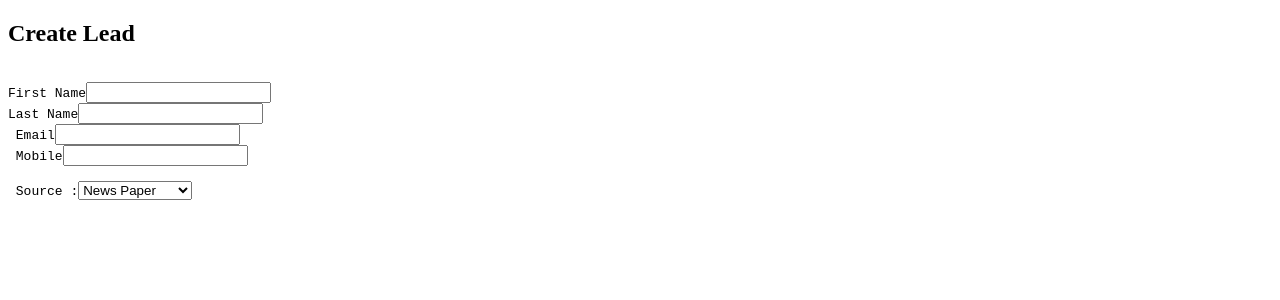
Repository: zuberahmed786/SpringBoot
Page: http://localhost/zohoCrmProject/WEB-INF/views/create_lead.jsp
The author's editor kept a copy of each file at every save. The page is drawn from the files as they stood at one save, then again after the next save.
The browser window is 1280 px wide. The pictures show the whole page.
The page is served by Tomcat 9. Nobody is signed in. The template is opened directly, without the code that normally fills it, so the values that code supplies are empty.

Above is the page before, as saved 2022-10-08 13:51:54.

After the next save:
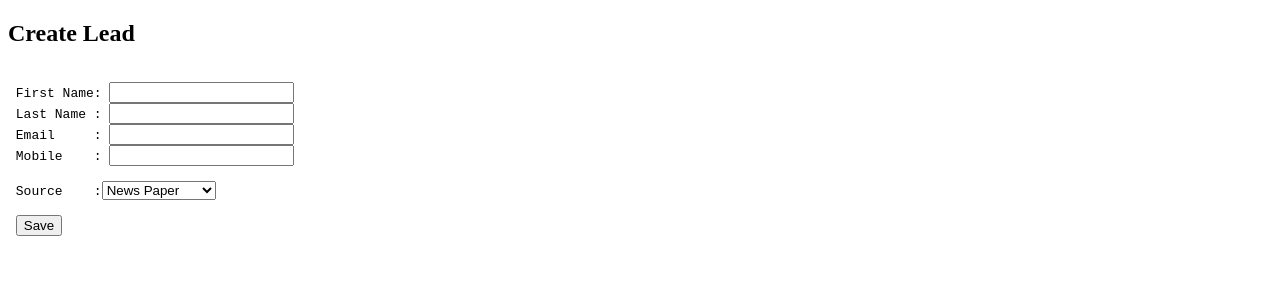
Saved 2 min 6 s later.
--- a/zohoCrmProject/src/main/webapp/WEB-INF/views/create_lead.jsp
+++ b/zohoCrmProject/src/main/webapp/WEB-INF/views/create_lead.jsp
@@ -14,18 +14,19 @@
 
 <pre>
 
-First Name<input type="text" name="firstName"/>
-Last Name<input type="text" name="lastName"/>
- Email<input type="email" name="email"/>
- Mobile<input type="number" name="mobile"/>
+ First Name: <input type="text" name="firstName"/>
+ Last Name : <input type="text" name="lastName"/>
+ Email     : <input type="email" name="email"/>
+ Mobile    : <input type="number" name="mobile"/>
 
- Source :<select name="source" >
+ Source    :<select name="source" >
  <option value="news_paper">News Paper</option>
  <option value="tv">TV Commercial</option>
  <option value="online">Online</option>
  <option value="seminar">Seminar</option>
  </select>
 
+ <input type="button" value="Save"/>
 
  </pre>
 
